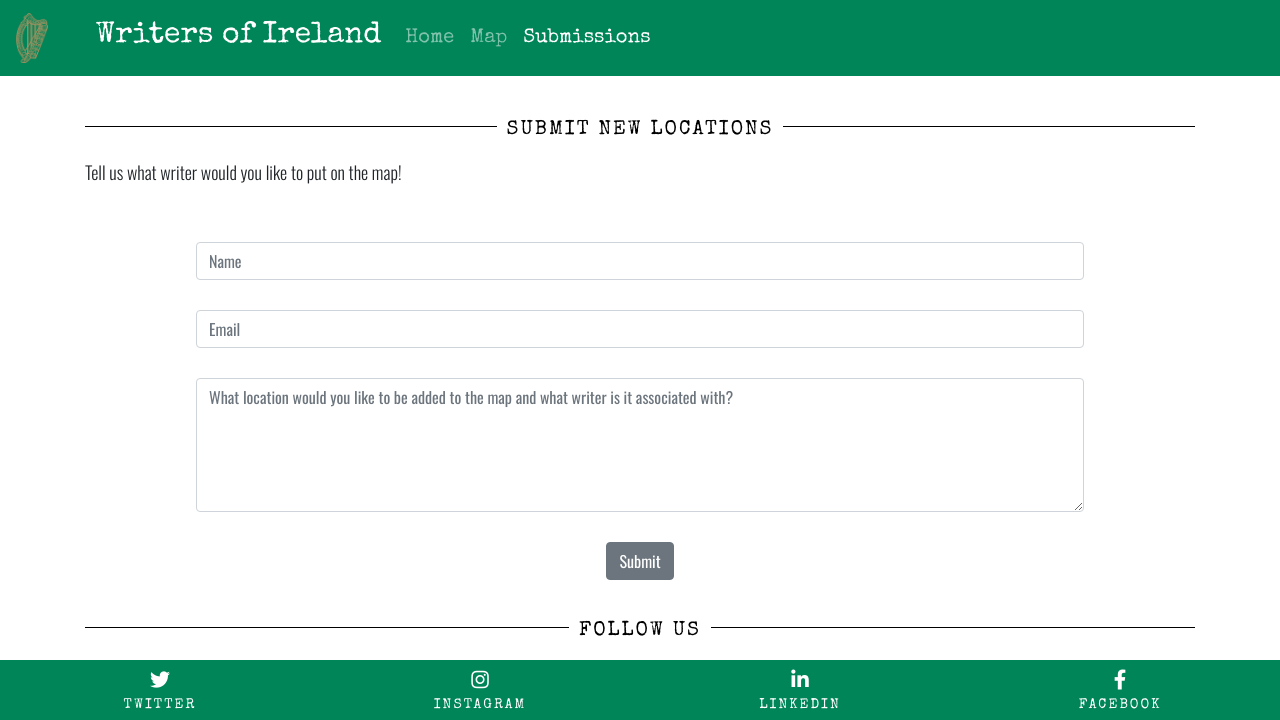
Repository: DarrenCoppinger/milestone-project-2
Page: submissions.html
The author's editor kept a record of every edit. The page is drawn from the files as they stood at one moment, then again after the next edit.
The browser window is 1280 px wide. The pictures show the whole page.
Some web libraries are served in a nearby version.

Above is the page before.
Console error: ReferenceError: emailjs is not defined

After the next edit:
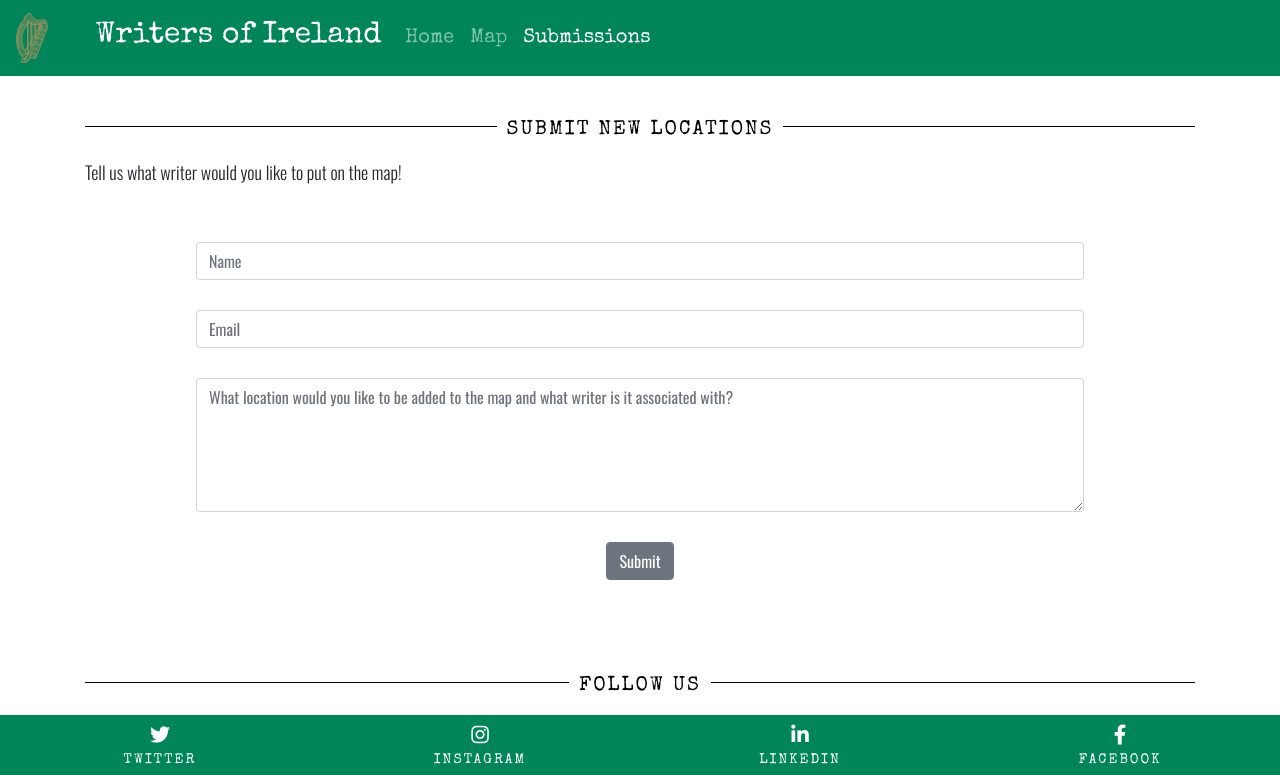
The edit:
--- a/submissions.html
+++ b/submissions.html
@@ -40,6 +40,7 @@
             </div>
         </nav>
     </header>
+    <main>
     <section>
         <!--Newsletter Content Divider-->
         <div class="container">
